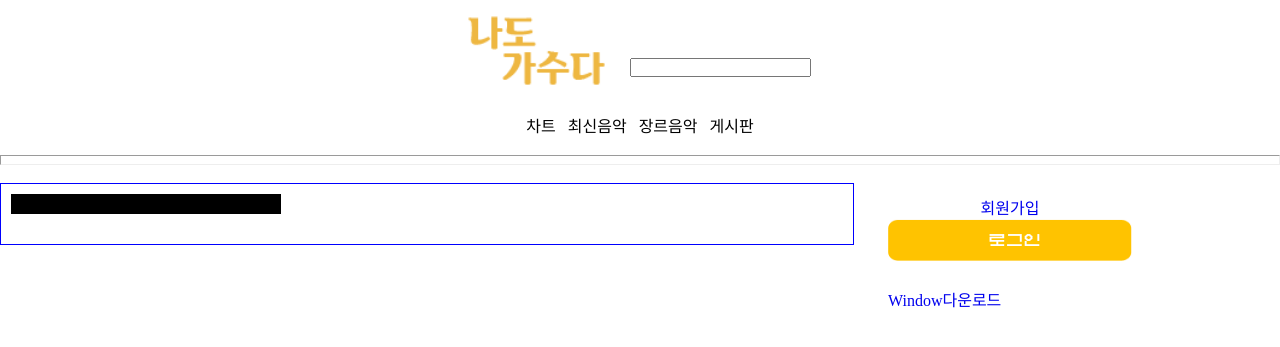
Repository: Ea-Bell/GraduationPortfolio
Page: http://localhost/WebTest/webTest/View/test/test.jsp
An editor plug-in stored every save of this project. The page is shown before and after the next save, followed by the edit.
The browser window is 1280 px wide. The pictures show the whole page.
The page is served by Tomcat 9. Nobody is signed in. The application's start-up code is not run. Other server files are loaded and not shown.

Above is the page before, as saved 2020-09-16 08:04:33.

### WEB_Server/WebTest/WebContent/webTest/View/test/test.jsp
<%@ page language="java" contentType="text/html; charset=UTF-8"
	pageEncoding="UTF-8"%>
<%@ taglib prefix="c" uri="http://java.sun.com/jsp/jstl/core"%>
   <%@ page import="java.io.File" %>
<!DOCTYPE html>
<html>
<head>

<link rel="stylesheet" type="text/css"
	href="/webTest/Model/mainForm/mainForm.css" />
<script type="text/javascript" src="/webTest/Model/mainForm/mainForm.js"></script>

<meta charset="UTF-8">
<title>회원제 게시판 예시</title>
</head>
<body>
<header>
	<div align="center">

		<form action="mainForm.jsp" method="post">
			<!-- 헤더 -->

				<a href="/index" style="background: white;">
					 <img src="/webTest/img/logo.png"
					 style="position: relative; top: 15px; left: 0px; width: 140px; width:140px"></a>
					  <input type="text" onclick=""
					style="position: relative; left: 20px;">
				&nbsp;&nbsp;&nbsp;&nbsp;&nbsp; <br>
				<br>
				<br> <a href="" onmouseover="TextMover()"
					onmouseout="TextMount()" id="nav" style="color: black;">차트</a>
				&nbsp; <a href="/webTest/View/fileUpLoad/fileList.jsp" onmouseover="TextMover2()"
					onmouseout="TextMount2()" id="nav2" style="color: black;">최신음악</a>
				&nbsp; <a href="" onmouseover="TextMover3()"
					onmouseout="TextMount3()" id="nav3" style="color: black;">장르음악</a>
						&nbsp; <a href="/webTest/article/list.jsp"  id="nav3" style="color: black;">게시판</a>
				<br>
				<br>
		</form>



	</div>
</header>
		<hr id="hr" size="10px">
		<br>
	<!-- 콘텐츠 -->

	<div id="content"  style="border:1px solid blue; padding:10px; width: 65%;  float: left;" >


<aside id="main_bside" style="background-color: black;">

		</aside>





	</div>



	<div style="padding:10px; width: 30%; float: right;">
		<aside id="main_aside">

			<table border="0">
				<tr>
					<td><c:if test="${empty authUser }">
							<div align="center"><a href=""></a> <a href="/webTest/login/signUp.jsp">회원가입</a></div>
							<a href="/webTest/login/login.jsp" ><img alt="" src="/webTest/img/login/login.png" style="height: 42px; width: 244px;"></a>
							<br>

						</c:if> <c:if test="${!empty authUser}">
				${authUser.nickname}님, 안녕하세요.<br />
							<a href="/LogoutHandler">[로그아웃하기]</a>
							<a href="changePwdForm.jsp">[암호변경하기]</a>
									&nbsp;&nbsp;&nbsp;&nbsp;&nbsp;&nbsp;&nbsp;&nbsp;&nbsp;&nbsp;<a href="/webTest/list/newMusicForm.jsp">[마이페이지]</a>
						</c:if></td>
				</tr>
			</table>

			<br>
			<table border="0">
				<tr>

					<td>
				<a href="/webTest/나는가수다.msi" download=>Window다운로드</a>
					</td>

				</tr>
			</table>

		</aside>
		</div>
	<!-- 바텀 -->
	<div align="center">



	</div>

</body>
</html>

### WEB_Server/WebTest/WebContent/webTest/Model/mainForm/mainForm.css
@charset "UTF-8";
body{
	position: relative;
}

*{ margin:0; padding :0;}

img{border: 0; width:16px ; height: 16 px;}


#content{
	/* 중앙 정렬*/
	width: 960px;

	/* 수평 레이아웃 구성 */
	overflow: hidden;
}
#content > #main_section
{
	width: 650px;
	float: left;			/* 왼쪽에 붙입니다*/
}

#content > #main_aside{
	height:30%;
	width : 25%;
	float: right;           /*오른쪽에 붙입니다.*/
	margin-bottom: 20px;
	padding: 10px;

	color: #ff8000;


}



#content > #main_bside{

	width : 30%;
	height:0%;
	float: left;           /*왼쪽에 붙입니다.*/
	margin-bottom: 20px;
	padding: 10px;


}
#content > #main_cside{
	width :70%;
	height: 0%;
	float: none;           /*가운데에 붙입니다.*/
	margin-bottom: 20px;
	padding: 10px;
	border: 1px solid #e4e4e4;
	color: #ff8000;
	background-color:ff8000;
}

#textcolor{
	border: 1px solid #e4e4e4;
	color: #ff8000;
	background-color:ff8000;
}

#hr
{

}
#nav
{
	 font-family: ""
}
#winFont{
	font-family: "돋음";
	color: #1A1A1A;
}
a {
  text-decoration: none;
}

### WEB_Server/WebTest/WebContent/webTest/Model/mainForm/mainForm.js
/**
 *
 */

//문자나 이미지가 밖으로 나갔을경우
function TextMover() {
	var dama = document.getElementById('nav');
	dama.style.color="Red";
}
function ImgMover() {

}
function TextMover2() {
	var dama = document.getElementById('nav2');
	dama.style.color="Red";
}
function TextMover3() {
	var dama = document.getElementById('nav3');
	dama.style.color="Red";
}
//문자나 이미지가 밖으로 갔을경우
function TextMount() {
	var dama = document.getElementById('nav');
	dama.style.color="Black";
}
function TextMount2() {
	var dama = document.getElementById('nav2');
	dama.style.color="Black";
}
function TextMount3() {
	var dama = document.getElementById('nav3');
	dama.style.color="Black";
}
function ImgMount() {

}

After the next save:
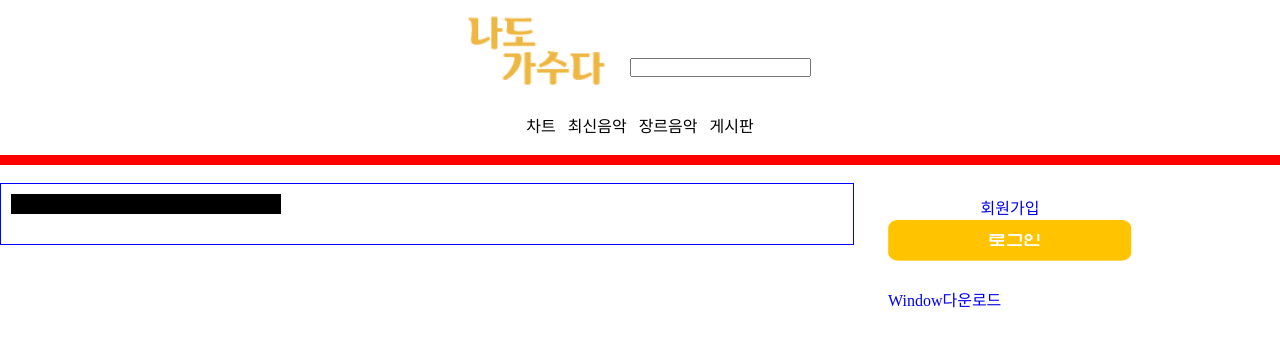
Saved 22 s later.
--- a/WEB_Server/WebTest/WebContent/webTest/View/test/test.jsp
+++ b/WEB_Server/WebTest/WebContent/webTest/View/test/test.jsp
@@ -42,7 +42,7 @@
 
 	</div>
 </header>
-		<hr id="hr" size="10px">
+		<hr id="hr" size="10px" color="red">
 		<br>
 	<!-- 콘텐츠 -->
 
